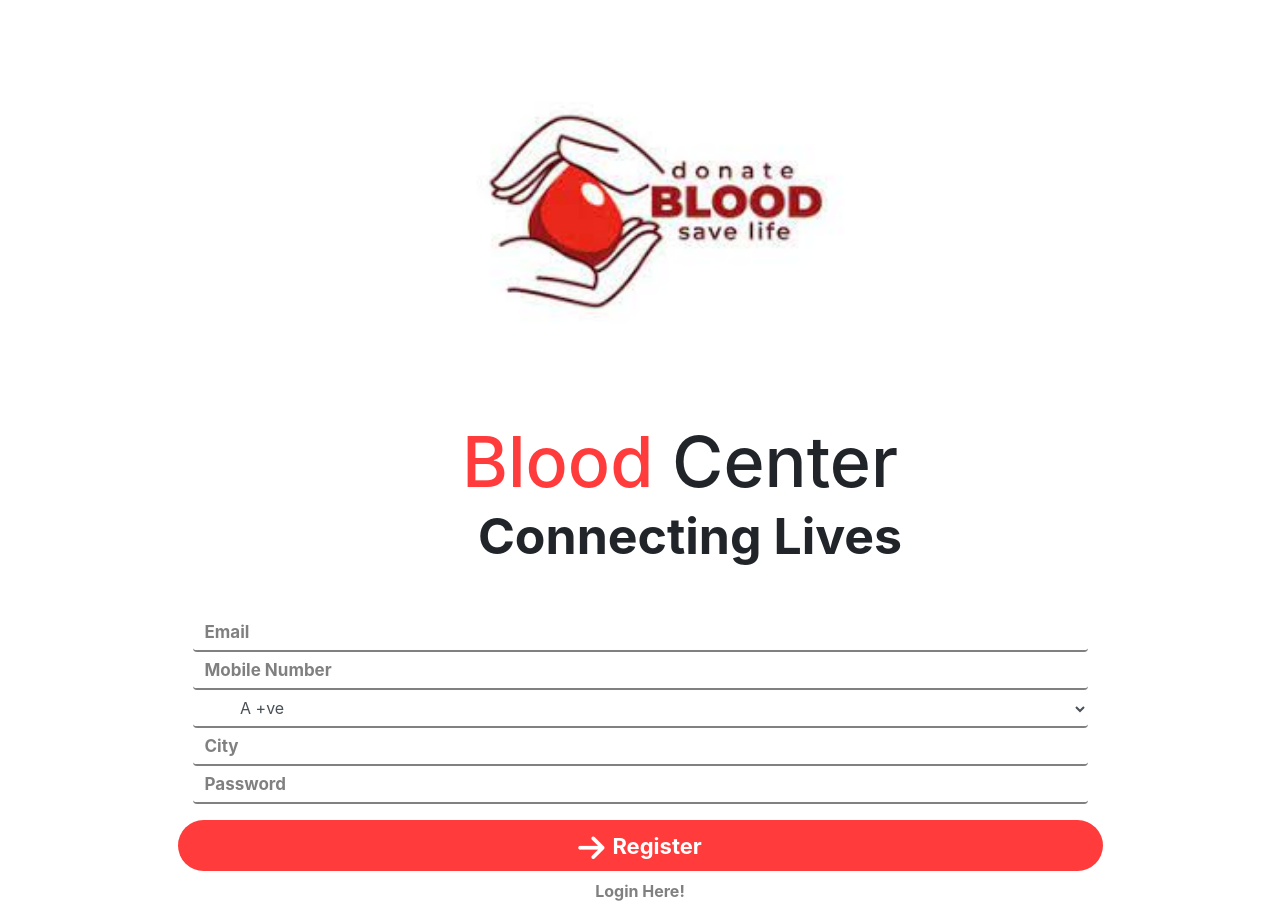
Repository: syedali042/jbds
Page: /Register
An editor plug-in stored every save of this project. The page is shown before and after the next save, followed by the edit.
The browser window is 1280 px wide. The pictures show the whole page.
Some web libraries are served in a nearby version. The project was rebuilt for these pictures with package versions that can differ from the ones it lists, and the page was loaded fresh each time. Also part of the build but not shown: src/components/Login.js, src/components/Header.js, src/components/About.js, src/components/Header2.js, src/components/Home.js, src/components/Header4.js, src/components/Request.js, src/components/Header3.js and 1 more.

Above is the page before, as saved 2021-11-09 20:54:37.

### public/index.html
<!DOCTYPE html>
<html lang="en">
  <head>
    <meta charset="utf-8" />
    <link rel="icon" href="%PUBLIC_URL%/favicon.ico" />
    <meta name="viewport" content="width=device-width, initial-scale=1" />
    <meta name="theme-color" content="#000000" />
    <meta
      name="description"
      content="Web site created using create-react-app"
    />
    <!--FontAwesome-->
    <script src="https://kit.fontawesome.com/f4576591a8.js" crossorigin="anonymous"></script>
    <!--FontAwesome ends-->
    <!--bootstrap-->
    <link rel="stylesheet" href="https://maxcdn.bootstrapcdn.com/bootstrap/4.0.0/css/bootstrap.min.css"
      integrity="sha384-Gn5384xqQ1aoWXA+058RXPxPg6fy4IWvTNh0E263XmFcJlSAwiGgFAW/dAiS6JXm" crossorigin="anonymous">
    <!--bootstrap ends-->
    <link rel="apple-touch-icon" href="%PUBLIC_URL%/logo192.png" />
    <!--
      manifest.json provides metadata used when your web app is installed on a
      user's mobile device or desktop. See https://developers.google.com/web/fundamentals/web-app-manifest/
    -->
    <link rel="manifest" href="%PUBLIC_URL%/manifest.json" />
    <!--
      Notice the use of %PUBLIC_URL% in the tags above.
      It will be replaced with the URL of the `public` folder during the build.
      Only files inside the `public` folder can be referenced from the HTML.

      Unlike "/favicon.ico" or "favicon.ico", "%PUBLIC_URL%/favicon.ico" will
      work correctly both with client-side routing and a non-root public URL.
      Learn how to configure a non-root public URL by running `npm run build`.
    -->
    <title>React App</title>
  </head>
  <body>
    <noscript>You need to enable JavaScript to run this app.</noscript>
    <div id="root"></div>
    <!--Jquery-->
    <script src="https://code.jquery.com/jquery-3.2.1.slim.min.js"
      integrity="sha384-KJ3o2DKtIkvYIK3UENzmM7KCkRr/rE9/Qpg6aAZGJwFDMVNA/GpGFF93hXpG5KkN" crossorigin="anonymous"></script>
    <script src="https://cdnjs.cloudflare.com/ajax/libs/popper.js/1.12.9/umd/popper.min.js"
      integrity="sha384-ApNbgh9B+Y1QKtv3Rn7W3mgPxhU9K/ScQsAP7hUibX39j7fakFPskvXusvfa0b4Q" crossorigin="anonymous"></script>
    <script src="https://maxcdn.bootstrapcdn.com/bootstrap/4.0.0/js/bootstrap.min.js"
      integrity="sha384-JZR6Spejh4U02d8jOt6vLEHfe/JQGiRRSQQxSfFWpi1MquVdAyjUar5+76PVCmYl" crossorigin="anonymous"></script>
    <!--Jquery ends-->
  </body>
</html>

### src/App.js
import './App.css';
import Login from './components/Login';
import About from './components/About';
import Register from './components/Register';
import Home from './components/Home';
import Request from './components/Request';
import Create from './components/Create';
import {
  BrowserRouter as Router,
  Switch,
  Route,
  Link
} from "react-router-dom";


function App() {
  return (
    <Router>
      <Switch>
        <Route path="/About">
          <About/>
        </Route>
        <Route path="/Login">
          <Login />
        </Route>
        <Route path="/Register">
          <Register />
        </Route>
        <Route path="/Create">
          <Create />
        </Route>
        <Route path="/Request">
          <Request />
        </Route>
        <Route path="/Home">
          <Home />
        </Route>
        <Route path="/">
          <Login />
        </Route>
      </Switch>
    </Router>
  );
}

export default App;

### src/App.css
*{
  margin: 0;
  padding: 0;
}
.con{
  font-size: 25px;
  font-weight: bold;
  position: relative;
  bottom: 35px;
  padding: 5px;
}
.em{
  border: none;
  border-bottom: 2px solid gray;
}
.pass{
  border: none;
  border-bottom: 2px solid gray;
}
.placehorder::placeholder {
  font-weight: bolder;
  color: gray;
  position: relative;
  /* left: 25px; */
  font-size: 17px;
}
.forgot{
  color: gray;
  font-weight: bolder;
}
.login{
  color: gray;
  font-weight: bolder;
}
.fa-portrait{
  font-size: 20px;
  position: relative;
  top: 30px;
  left: 5px;
  color: gray;
}
.fa-unlock-alt{
   font-size: 20px;
  position: relative;
  top: 30px;
  left: 5px;
  color: gray;
}
.sign{
  width: 230px;
  position: relative;
  font-size: 22px;
  border-radius: 30px;
  background-color: #FF3B3B;
  color: white;
  font-weight: bolder;
  border: none;
}
.fa-power-off{
  font-size: 20px;
  position: relative;

  color: white ;
}
.donor{
  width: 230px;
  position: relative;
  font-size: 22px;
  border-radius: 30px;
  background-color: #FF3B3B;
  color: white;
  font-weight: bolder;
  border: none;
  letter-spacing: o.1;
}
.fa-heartbeat{
   font-size: 20px;
  position: relative;

  color: white ;
}
@media screen and (max-width: 440px){

  .con{
  font-size: 20px;
  font-weight: bold;
  position: relative;
  bottom: 35px;
  padding: 5px;
}
.blood{
  font-size: 27px;
}
.formik{
  position: relative;
  bottom: 50px;
}
.pass{
  border: none;
  border-bottom: 2px solid gray;

}

.donor{
  width: 210px;
  position: relative;
  font-size: 22px;
  border-radius: 30px;
  background-color: #FF3B3B;
  color: white;
  font-weight: bolder;
  border: none;
  letter-spacing: o.1;
}
.sign{
  width: 210px;
  position: relative;
  font-size: 22px;
  border-radius: 30px;
  background-color: #FF3B3B;
  color: white;
  font-weight: bolder;
  border: none;
}

}
@media screen and (min-width: 768px){


  .img{
  position: relative;
  width: 400px;
  left: 40px;
}
  .con{
  font-size: 50px;
  font-weight: bold;
  position: relative;
  bottom: 35px;
  padding: 5px;
  left: 50px;
}
.blood{
  font-size: 70px;
  position: relative;
  left: 40px;
}

.name{
  border: none;
  border-bottom: 2px solid gray;
   margin-top: 10px;
  height: 70px;
}


.adress{
    border: none;
  border-bottom: 2px solid gray;
   margin-top: 10px;
  height: 70px;
}
input::placeholder {
  font-weight: bolder;
  color: gray;
  position: relative;
  /* left: 45px; */
  font-size: 30px;
}
.fa-portrait{
  font-size: 25px;
  position: relative;
  top: 37px;
  left: 5px;
  color: gray;
}
.fa-unlock-alt{
   font-size: 25px;
  position: relative;
  top: 35px;
  left: 5px;
  color: gray;
}
.fa-mobile-alt{
    font-size: 30px;
  position: relative;
  top: 55px;
  left: 5px;
  color: gray;
}
.fa-map-marker-alt{
   font-size: 30px;
  position: relative;
  top: 55px;
  left: 5px;
  color: gray;
}
.fa-disease{
 font-size: 30px;
  position: relative;
  top: 55px;
  left: 5px;
  color: gray;
}

.sign{
  width: 300px;
  position: relative;
  font-size: 22px;
  border-radius: 30px;
  background-color: #FF3B3B;
  color: white;
  font-weight: bolder;
  border: none;
}

.donor{
  width: 300px;
  position: relative;

  font-size: 22px;
  border-radius: 30px;
  background-color: #FF3B3B;
  color: white;
  font-weight: bolder;
  border: none;
  letter-spacing: o.1;
}

}
.header{
  background-color: #FF3B3B;
  padding: 3px;
}
.fa-chevron-left{
  color: white;
}
.profile{
  color: white;

}
.kelly{
  font-size: 23px;
  font-weight: bolder;
}
.girl{
  width: 70px;
  border-radius: 50px;
  margin-left: 50px;
  position: relative;
  bottom: 10px;
}
.r1{
  margin-top: 40px;
}

.name{
  border: none;
  border-bottom: 2px solid gray;
}
.num{
   border: none;
  border-bottom: 2px solid gray;
}
.adress{
    border: none;
  border-bottom: 2px solid gray;
}
.r2{
  background-color: rgb(247, 238, 238);
  border-radius: 15px;
  border: 1px solid transparent;
}
.update{

  position: relative;
  font-size: 22px;
  border-radius: 30px;
  background-color: #FF3B3B;
  color: white;
  font-weight: bolder;
  border: none;
}
.fa-mobile-alt{
   font-size: 20px;
  position: relative;
  top: 30px;
  left: 5px;
  color: gray;
}
.bloodGroup{
   border: none;
  border-bottom: 2px solid gray;
}
.fa-disease{
  font-size: 20px;
  position: relative;
  top: 30px;
  left: 5px;
  color: gray;
}
.city{
  border: none;
  border-bottom: 2px solid gray;
}
.fa-map-marker-alt{
  font-size: 20px;
  position: relative;
  top: 30px;
  left: 5px;
  color: gray;
}
.fa-arrow-right{
   font-size: 30px;
  position: relative;
 top: 5px;
  color:white;
}
.bodyOfHeader2{
   background-color: #FF3B3B;
   color: white;
}
.fa-search{
  position: relative;
  left: 90%;
  bottom: 30px;
  color: gray;
  font-size: 25px;
}
.groups{
 display: flex;
 margin-left: 5px;
}
.groups >div {
  background-color: #FF3B3B;
  width: 30px;
  margin: 7px;
  text-align: center;
  font-size: 20px;
  color: white;
  border-radius: 5px;
}
.HomeRow{
  border-bottom: 1px solid gray;
}
.sidebar{
  width: 60%;
  height: 100vh;
  position: absolute;
  background-color: #FF3B3B ;
  z-index: 1;
}
.create{
  color: white;
  margin-right: 30px;
}
.conReq{
  margin-top: 20px;
  background-color: rgb(216, 220, 230);
  border-radius: 5px;
}

### src/components/Register.js
import React from 'react';
import Header from './Header';
import { Formik } from 'formik';

function Register() {
    return (
        <div>
            <div className="container">
                <div className="d-flex align-items-center justify-content-center">
                    <div>
                        <img src="./images/download.jfif" alt="there is no image" className="img"/>
                        <h2 className="blood text-center"><span style={{color:'#FF3B3B'}}>Blood</span> Center</h2><br>
                        </br>
                        <h5 className="con text-center">Connecting Lives</h5>
                    </div>
                </div>
                <div className="container">
                    <div className="row">
                        <div className="col-1"></div>
                        <div className="col-10">

                            <div>

                                <Formik
                                    initialValues={{ email: '', password: '' }}
                                    validate={values => {
                                        const errors = {};
                                        if (!values.email) {
                                            errors.email = 'Required';
                                        } else if (
                                            !/^[A-Z0-9._%+-]+@[A-Z0-9.-]+\.[A-Z]{2,}$/i.test(values.email)
                                        ) {
                                            errors.email = 'Invalid email address';
                                        }
                                        return errors;
                                    }}
                                    onSubmit={(values, { setSubmitting }) => {
                                        setTimeout(() => {
                                            alert(JSON.stringify(values, null, 2));
                                            setSubmitting(false);
                                        }, 400);
                                    }}
                                >
                                    {({
                                        values,
                                        errors,
                                        touched,
                                        handleChange,
                                        handleBlur,
                                        handleSubmit,
                                        isSubmitting,
                                        /* and other goodies */
                                    }) => (
                                        <form onSubmit={handleSubmit} className="formik">
                                            {/* <i className="fas fa-portrait"></i> */}
                                            <input
                                                type="email" className="placehorder form-control em"
                                                name="email"
                                                onChange={handleChange}
                                                onBlur={handleBlur}
                                                value={values.email}
                                                placeholder="Email"

                                            />

                                            {errors.email && touched.email && errors.email}
                                            {/* <i className="fas fa-mobile-alt"></i> */}
                                            <input
                                                type="number" className="placehorder form-control num"
                                                name="number"
                                                onChange={handleChange}
                                                onBlur={handleBlur}
                                                value={values.number}
                                                placeholder="Mobile Number"
                                            />

                                            {errors.number && touched.number && errors.number}
                                            {/* <i className="fas fa-disease"></i> */}
                                            <select name="bloodGroup" className="placehorder form-control bloodGroup">
                                                <option value="volvo">&nbsp;&nbsp;&nbsp;&nbsp;&nbsp;&nbsp;
                                                A +ve</option>
                                                <option value="saab"></option>
                                                <option value="mercedes">Mercedes</option>
                                                <option value="audi">Audi</option>
                                            </select>

                                            {errors.bloodGroup && touched.bloodGroup && errors.bloodGroup}
                                            {/* <i className="fas fa-map-marker-alt"></i> */}
                                            <input
                                                type="text" className="placehorder form-control city"
                                                name="city"
                                                onChange={handleChange}
                                                onBlur={handleBlur}
                                                value={values.city}
                                                placeholder="City"
                                            />

                                            {errors.city && touched.city && errors.city}
                                            {/* <i className="fas fa-unlock-alt"></i> */}
                                            <input
                                                type="password" className="placehorder form-control pass"
                                                name="password"
                                                onChange={handleChange}
                                                onBlur={handleBlur}
                                                value={values.password}
                                                placeholder="Password"
                                            />

                                            {errors.password && touched.password && errors.password}
                                            <div className="row d-flex align-items-center justify-content-center">
                                                <button type="submit" disabled={isSubmitting} className="sign p-2 mt-3 w-100">
                                                    <i class="fas fa-arrow-right mr-2"></i>Register
                                                </button>
                                                <a href="#" className="login p-2">Login Here!</a>

                                            </div>

                                        </form>
                                    )}
                                </Formik>
                            </div>
                        </div>
                        <div className="col-1"></div>
                    </div>
                </div>
            </div>
        </div>
    )
}

export default Register

Loaded but not shown: src/index.js (common file); src/index.css (common file); src/reportWebVitals.js (common file)

After the next save:
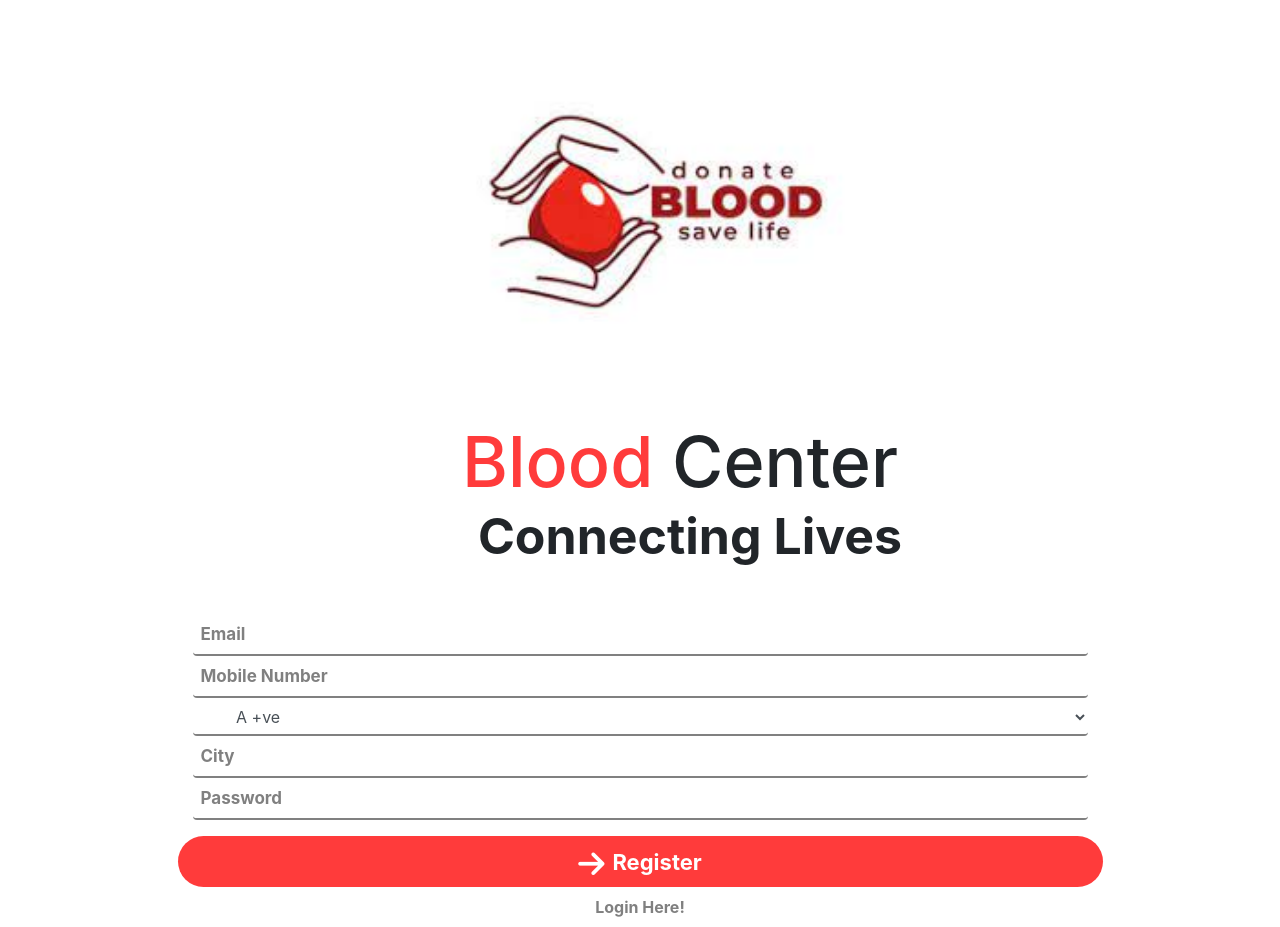
Saved 20 s later.
--- a/src/components/Register.js
+++ b/src/components/Register.js
@@ -54,7 +54,7 @@ function Register() {
                                         <form onSubmit={handleSubmit} className="formik">
                                             {/* <i className="fas fa-portrait"></i> */}
                                             <input
-                                                type="email" className="placehorder form-control em"
+                                                type="email" className="placehorder p-2 form-control em"
                                                 name="email"
                                                 onChange={handleChange}
                                                 onBlur={handleBlur}
@@ -66,7 +66,7 @@ function Register() {
                                             {errors.email && touched.email && errors.email}
                                             {/* <i className="fas fa-mobile-alt"></i> */}
                                             <input
-                                                type="number" className="placehorder form-control num"
+                                                type="number" className="placehorder p-2 form-control num"
                                                 name="number"
                                                 onChange={handleChange}
                                                 onBlur={handleBlur}
@@ -76,7 +76,7 @@ function Register() {
 
                                             {errors.number && touched.number && errors.number}
                                             {/* <i className="fas fa-disease"></i> */}
-                                            <select name="bloodGroup" className="placehorder form-control bloodGroup">
+                                            <select name="bloodGroup" className="placehorder p-2 form-control bloodGroup">
                                                 <option value="volvo">&nbsp;&nbsp;&nbsp;&nbsp;&nbsp;&nbsp;
                                                 A +ve</option>
                                                 <option value="saab"></option>
@@ -87,7 +87,7 @@ function Register() {
                                             {errors.bloodGroup && touched.bloodGroup && errors.bloodGroup}
                                             {/* <i className="fas fa-map-marker-alt"></i> */}
                                             <input
-                                                type="text" className="placehorder form-control city"
+                                                type="text" className="placehorder p-2 form-control city"
                                                 name="city"
                                                 onChange={handleChange}
                                                 onBlur={handleBlur}
@@ -98,7 +98,7 @@ function Register() {
                                             {errors.city && touched.city && errors.city}
                                             {/* <i className="fas fa-unlock-alt"></i> */}
                                             <input
-                                                type="password" className="placehorder form-control pass"
+                                                type="password" className="placehorder p-2 form-control pass"
                                                 name="password"
                                                 onChange={handleChange}
                                                 onBlur={handleBlur}
